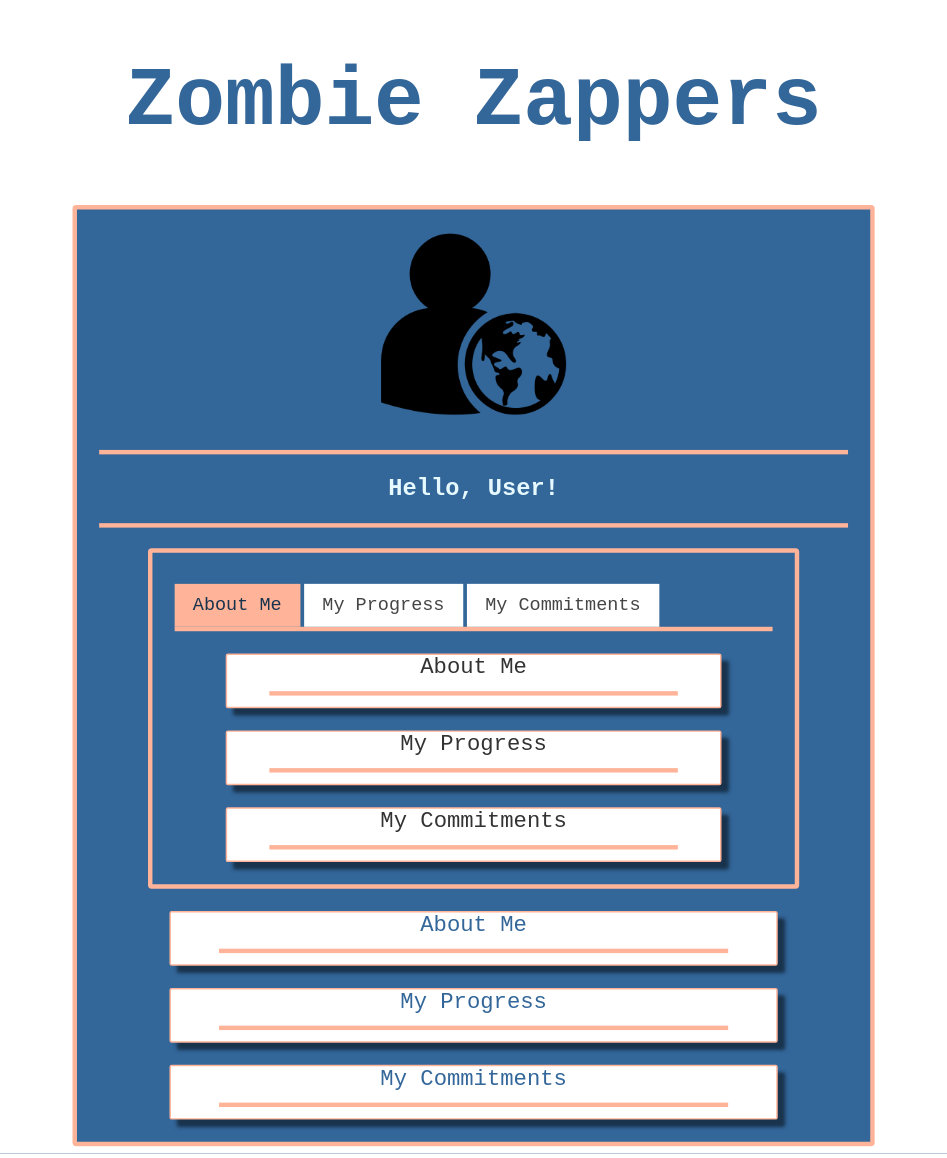
Repository: comp346s17/course-project-zombie-zapper
Page: user.html
The author's editor kept a record of every edit. The page is drawn from the files as they stood at one moment, then again after the next edit.
The browser window is 1280 px wide. The pictures show the whole page, at 74% of full size.
Some web libraries are served in a nearby version.

Above is the page before.

After the next edit:
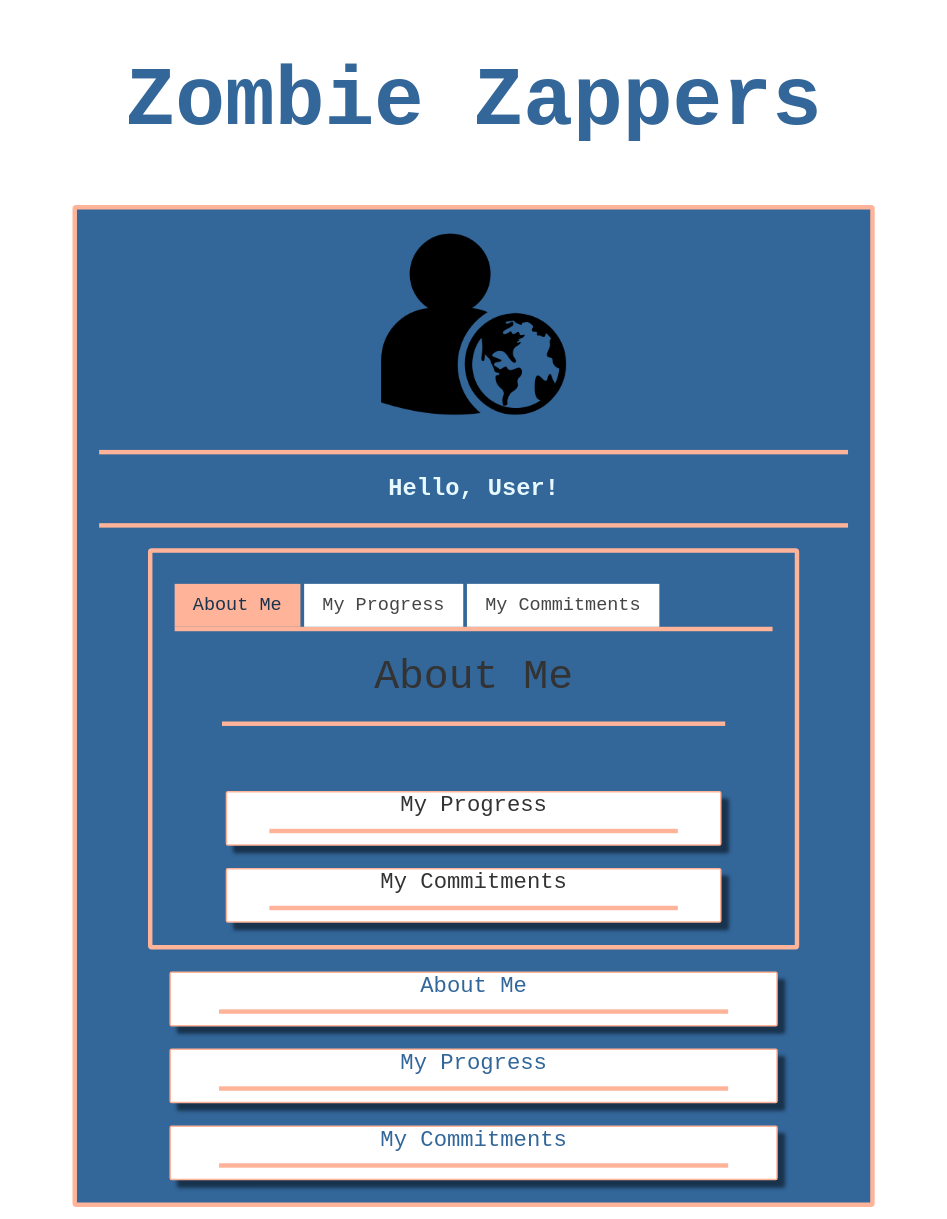
The edit:
--- a/user.html
+++ b/user.html
@@ -31,7 +31,7 @@
                     <li><a href="#tabs-2">My Progress</a></li>
                     <li><a href="#tabs-3">My Commitments</a></li>
                 </ul>
-            <div id="userdata">
+            <div id="tabs-1">
                 About Me
                 <hr id="userhr" />
             </div>
